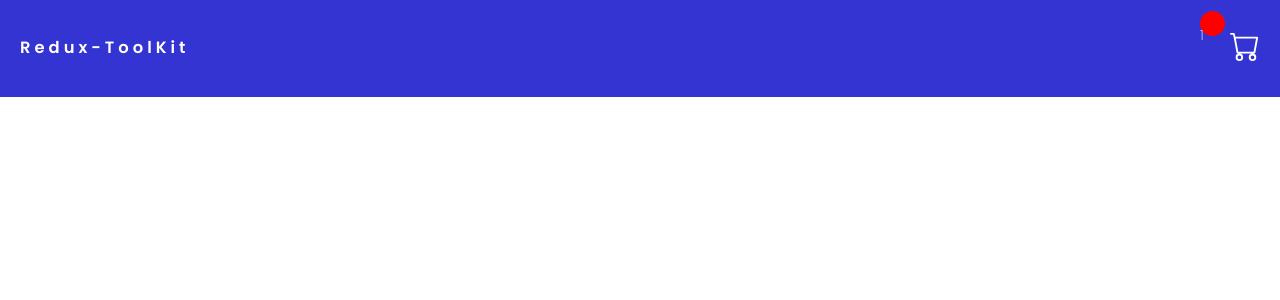
Repository: OmniaRafat232111121/shoppingCart
Page: /
These files come from the project's save history. The page is drawn as it stood at one moment and after the next save; the edit follows.
The browser window is 1280 px wide. The pictures show the whole page.
The project was rebuilt for these pictures with package versions that can differ from the ones it lists, and the page was loaded fresh each time. Also part of the build but not shown: src/App.css.

Above is the page before, as saved 2023-02-07 01:56:40.

After the next save:
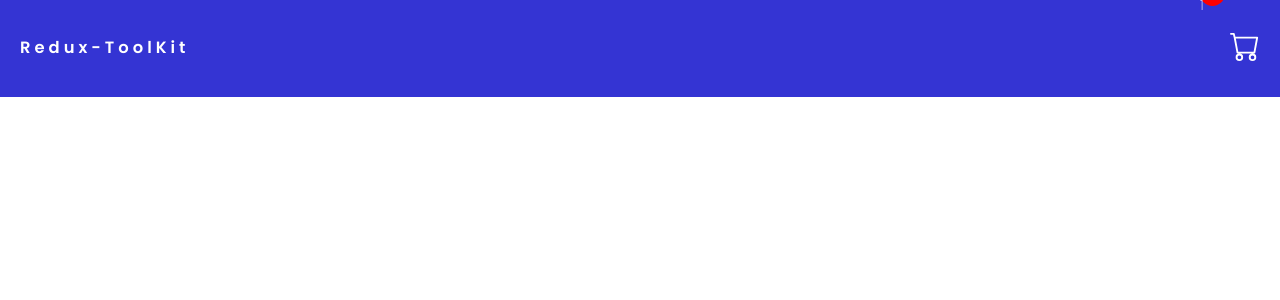
Saved 5 s later.
--- a/src/index.css
+++ b/src/index.css
@@ -30,7 +30,7 @@ nav{
 }
 .amount-container{
   position: absolute;
-  top:-20px;
+  top:-50px;
   left:-30px;
   background-color: red;
   border-radius: 50%;
